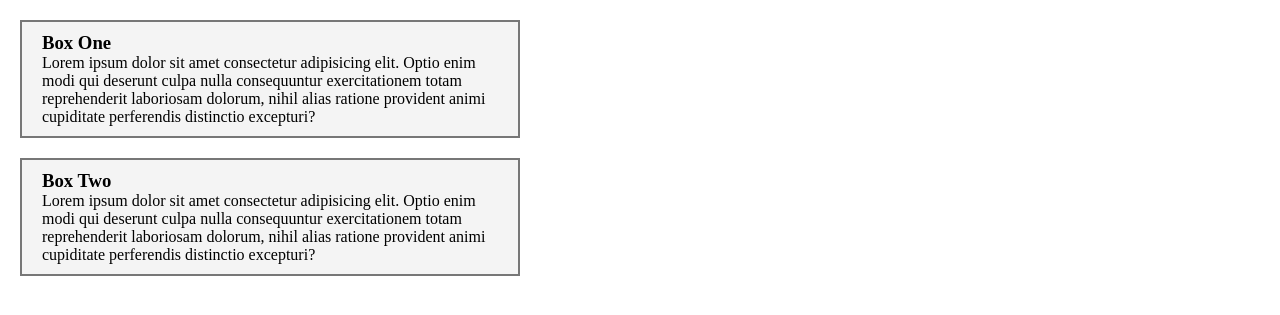
Repository: andiausrust/css-traversy
Page: box_model_margin_padding/index.html
These files come from the project's save history. The page is drawn as it stood at one moment and after the next save; the edit follows.
The browser window is 1280 px wide. The pictures show the whole page.

Above is the page before, as saved 2020-08-19 21:00:43.

After the next save:
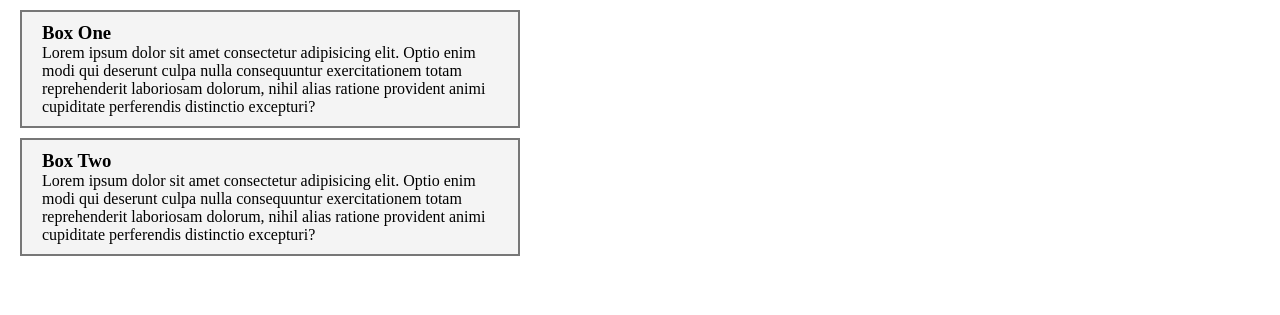
Saved 90 s later.
--- a/box_model_margin_padding/css/style.css
+++ b/box_model_margin_padding/css/style.css
@@ -9,5 +9,5 @@
     border: 2px #777 solid;
     width: 500px;
     padding: 10px 20px 10px 20px;
-    margin: 20px;
+    margin: 10px 20px;
 }
